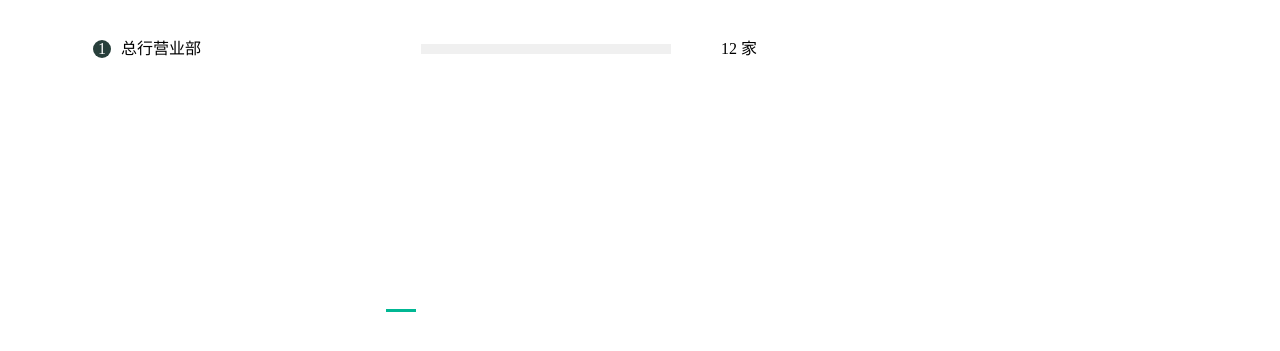
Repository: yshuf/Text_List_Roll
Page: left-to-right.html
An editor plug-in stored every save of this project. The page is shown before and after the next save, followed by the edit.
The browser window is 1280 px wide. The pictures show the whole page.
Some web libraries are served in a nearby version.

Above is the page before, as saved 2020-11-09 15:23:08.

### left-to-right.html
<!DOCTYPE html>
<html lang="en">

<head>
    <meta charset="UTF-8">
    <meta name="viewport" content="width=device-width, initial-scale=1.0">
    <title>Document</title>
    <script src="https://cdn.bootcdn.net/ajax/libs/jquery/2.1.4/jquery.js"></script>
    <style>
        .signalRankContent {
            width: 780px;
            height: 360px;
            position: relative;
            padding: 0 0 0 25px;
        }

        .signalRankContent .slide {
            position: relative;
            width: 100%;
            height: 310px;
            overflow: hidden;
        }

        .signalRankContent .slide #slide_box {
            position: absolute;
            left: -780px;
            height: 310px;
            width: 10000px;
            list-style-type: none;
            float: left;
        }

        .signalRankContent .slide #slide_box li {
            float: left;
            width: 780px;
        }

        .signalRankContent .slide #slide_box li .row {
            display: flex;
            align-items: center;
            width: 100%;
            height: 50px;
            line-height: 50px;
            margin: 0 0 0 20px;
        }

        .signalRankContent .slide #slide_box li .index {
            width: 18px;
            height: 18px;
            line-height: 18px;
            border-radius: 50%;
            background-color: rgba(40, 63, 59, 1);
            color: #fff;
            text-align: center;
            margin-right: 10px;
        }

        .signalRankContent .slide #slide_box li .nametxt {
            width: 300px;
            overflow: hidden;
            white-space: nowrap;
            text-overflow: ellipsis;
        }

        .modelPart .signalRankContent .slide #slide_box li .progressbar {
            width: 250px;
        }

        .signalRankContent .slide #slide_box li .progressbar .backgroundbar {
            position: relative;
            width: 250px;
            height: 10px;
            background-color: rgba(0, 0, 0, 0.06);
        }

        .signalRankContent .slide #slide_box .row:nth-child(odd) .progressbar .showbar {
            position: absolute;
            top: 0;
            display: inline-block;
            height: 10px;
            background-color: rgba(251, 193, 3, 1);
        }

        .signalRankContent .slide #slide_box .row:nth-child(even) .progressbar .showbar {
            position: absolute;
            top: 0;
            display: inline-block;
            height: 10px;
            background-color: rgba(0, 183, 147, 1);
        }

        .signalRankContent .slide #slide_box li .num {
            margin-left: 50px;
        }

        .signalRankContent #num {
            position: absolute;
            bottom: 40px;
            left: 50%;
            margin-left: -75px;
        }

        .signalRankContent #num li {
            list-style-type: none;
            background-color: #d8d8d8;
            float: left;
            width: 30px;
            height: 3px;
            margin: 10px 10px 0 10px;
            cursor: pointer;
        }

        .signalRankContent #num li:first-child {
            background-color: #00B793;
        }
    </style>
</head>

<body>
    <div class="signalRankContent">
        <div class="slide">
            <ul id="slide_box">
                <!-- 起始处为最后一页 -->
                <li>
                    <div class="row">
                        <div class="index">1</div>
                        <div class="nametxt">总行营业部</div>
                        <div class="progressbar">
                            <div class="backgroundbar">
                                <span class="showbar" ng-style="{'width':item.width+'%'}"></span>
                            </div>
                        </div>
                        <div class="num">
                            12 家
                        </div>
                    </div>
                    <div class="row">
                        <div class="index">1</div>
                        <div class="nametxt">总行营业部</div>
                        <div class="progressbar">
                            <div class="backgroundbar">
                                <span class="showbar" ng-style="{'width':item.width+'%'}"></span>
                            </div>
                        </div>
                        <div class="num">
                            12 家
                        </div>
                    </div>
                    <div class="row">
                        <div class="index">1</div>
                        <div class="nametxt">总行营业部</div>
                        <div class="progressbar">
                            <div class="backgroundbar">
                                <span class="showbar" ng-style="{'width':item.width+'%'}"></span>
                            </div>
                        </div>
                        <div class="num">
                            12 家
                        </div>
                    </div>
                    <div class="row">
                        <div class="index">1</div>
                        <div class="nametxt">总行营业部</div>
                        <div class="progressbar">
                            <div class="backgroundbar">
                                <span class="showbar" ng-style="{'width':item.width+'%'}"></span>
                            </div>
                        </div>
                        <div class="num">
                            12 家
                        </div>
                    </div>
                    <div class="row">
                        <div class="index">1</div>
                        <div class="nametxt">总行营业部</div>
                        <div class="progressbar">
                            <div class="backgroundbar">
                                <span class="showbar" ng-style="{'width':item.width+'%'}"></span>
                            </div>
                        </div>
                        <div class="num">
                            12 家
                        </div>
                    </div>
                </li>
                <li>
                    <div class="row">
                        <div class="index">1</div>
                        <div class="nametxt">总行营业部</div>
                        <div class="progressbar">
                            <div class="backgroundbar">
                                <span class="showbar" ng-style="{'width':item.width+'%'}"></span>
                            </div>
                        </div>
                        <div class="num">
                            12 家
                        </div>
                    </div>
                </li>
                <li>
                    <div class="row">
                        <div class="index">1</div>
                        <div class="nametxt">总行营业部</div>
                        <div class="progressbar">
                            <div class="backgroundbar">
                                <span class="showbar" ng-style="{'width':item.width+'%'}"></span>
                            </div>
                        </div>
                        <div class="num">
                            12 家
                        </div>
                    </div>
                </li>
                <li>
                    <div class="row">
                        <div class="index">1</div>
                        <div class="nametxt">总行营业部</div>
                        <div class="progressbar">
                            <div class="backgroundbar">
                                <span class="showbar" ng-style="{'width':item.width+'%'}"></span>
                            </div>
                        </div>
                        <div class="num">
                            12 家
                        </div>
                    </div>
                </li>
                <li>
                    <div class="row">
                        <div class="index">1</div>
                        <div class="nametxt">总行营业部</div>
                        <div class="progressbar">
                            <div class="backgroundbar">
                                <span class="showbar" ng-style="{'width':item.width+'%'}"></span>
                            </div>
                        </div>
                        <div class="num">
                            12 家
                        </div>
                    </div>
                </li>
                <li>
                    <div class="row">
                        <div class="index">1</div>
                        <div class="nametxt">总行营业部</div>
                        <div class="progressbar">
                            <div class="backgroundbar">
                                <span class="showbar" ng-style="{'width':item.width+'%'}"></span>
                            </div>
                        </div>
                        <div class="num">
                            12 家
                        </div>
                    </div>
                </li>
                <li>
                    <div class="row">
                        <div class="index">1</div>
                        <div class="nametxt">总行营业部</div>
                        <div class="progressbar">
                            <div class="backgroundbar">
                                <span class="showbar" ng-style="{'width':item.width+'%'}"></span>
                            </div>
                        </div>
                        <div class="num">
                            12 家
                        </div>
                    </div>
                </li>
            </ul>
        </div>
        <ul id="num">
            <li ng-repeat="item in config.RankListPage"></li>
        </ul>
    </div>
</body>

<script>
    //  [ {
    //   "type" : null,
    //   "typeName" : null,
    //   "entName" : null,
    //   "riskNum" : 6,
    //   "entNum" : null,
    //   "date" : null,
    //   "county" : null,
    //   "bankName" : null,
    //   "branchName" : "总行营业部",
    //   "totalNum" : null
    // }, {
    //   "type" : null,
    //   "typeName" : null,
    //   "entName" : null,
    //   "riskNum" : 0,
    //   "entNum" : null,
    //   "date" : null,
    //   "county" : null,
    //   "bankName" : null,
    //   "branchName" : "安吉支行",
    //   "totalNum" : null
    // }, {
    //   "type" : null,
    //   "typeName" : null,
    //   "entName" : null,
    //   "riskNum" : 0,
    //   "entNum" : null,
    //   "date" : null,
    //   "county" : null,
    //   "bankName" : null,
    //   "branchName" : "开发区支行",
    //   "totalNum" : null
    // }, {
    //   "type" : null,
    //   "typeName" : null,
    //   "entName" : null,
    //   "riskNum" : 0,
    //   "entNum" : null,
    //   "date" : null,
    //   "county" : null,
    //   "bankName" : null,
    //   "branchName" : "城北支行",
    //   "totalNum" : null
    // }, {
    //   "type" : null,
    //   "typeName" : null,
    //   "entName" : null,
    //   "riskNum" : 0,
    //   "entNum" : null,
    //   "date" : null,
    //   "county" : null,
    //   "bankName" : null,
    //   "branchName" : "德清支行",
    //   "totalNum" : null
    // }, {
    //   "type" : null,
    //   "typeName" : null,
    //   "entName" : null,
    //   "riskNum" : 0,
    //   "entNum" : null,
    //   "date" : null,
    //   "county" : null,
    //   "bankName" : null,
    //   "branchName" : "长兴支行",
    //   "totalNum" : null
    // }, {
    //   "type" : null,
    //   "typeName" : null,
    //   "entName" : null,
    //   "riskNum" : 0,
    //   "entNum" : null,
    //   "date" : null,
    //   "county" : null,
    //   "bankName" : null,
    //   "branchName" : "吴兴支行",
    //   "totalNum" : null
    // }, {
    //   "type" : null,
    //   "typeName" : null,
    //   "entName" : null,
    //   "riskNum" : 0,
    //   "entNum" : null,
    //   "date" : null,
    //   "county" : null,
    //   "bankName" : null,
    //   "branchName" : "城南支行",
    //   "totalNum" : null
    // }, {
    //   "type" : null,
    //   "typeName" : null,
    //   "entName" : null,
    //   "riskNum" : 0,
    //   "entNum" : null,
    //   "date" : null,
    //   "county" : null,
    //   "bankName" : null,
    //   "branchName" : "南浔支行",
    //   "totalNum" : null
    // }, {
    //   "type" : null,
    //   "typeName" : null,
    //   "entName" : null,
    //   "riskNum" : 0,
    //   "entNum" : null,
    //   "date" : null,
    //   "county" : null,
    //   "bankName" : null,
    //   "branchName" : "南园支行",
    //   "totalNum" : null
    // }, {
    //   "type" : null,
    //   "typeName" : null,
    //   "entName" : null,
    //   "riskNum" : 0,
    //   "entNum" : null,
    //   "date" : null,
    //   "county" : null,
    //   "bankName" : null,
    //   "branchName" : "菱湖支行",
    //   "totalNum" : null
    // } ]
    window.onload = function () {
        // 轮播图
        function getLunBoTu() {
            var number = 1; // 设置为全局变量
            initRadius();

            // 轮播图图片主体
            function startSlide() {
                dealRadius(number);
                if (number === Math.ceil($scope.config.RankList.length / 6)) {
                    number = 0;
                    $('#slide_box').css({ left: '0px' }); // 处理无缝衔接图
                    dealRadius(0); // 处理无缝衔接小圆点的跳转
                }
                number++;
                var imageLeft = -780 * number;
                $('#slide_box').animate({ left: imageLeft });
            }

            var timer = setInterval(startSlide, 5000);

            // 小圆点的轮播实现
            function dealRadius(num) {
                var lis = $('#num li');
                lis.eq(num).css('background-color', '#00B793');
                for (var i = 0; i < num; i++) {
                    lis.eq(i).css('background-color', '#d8d8d8');
                }
                for (var j = num + 1; j < 4; j++) {
                    lis.eq(j).css('background-color', '#d8d8d8');
                }
            }

            // 初始化小圆点
            function initRadius() {
                var lis = $('#num li');
                lis.eq(0).css('background-color', '#142952');
            }

            $('#num').on('click', 'li', function () {
                clearInterval(timer);
                var _number = $(this).index() + 1;
                number = _number;
                dealRadius(number - 1);
                var imageLeft = -780 * number;
                $('#slide_box').animate({ left: imageLeft });
                timer = setInterval(startSlide, 5000);
            });
        }

        // getLunBoTu();
    }
</script>

</html>

After the next save:
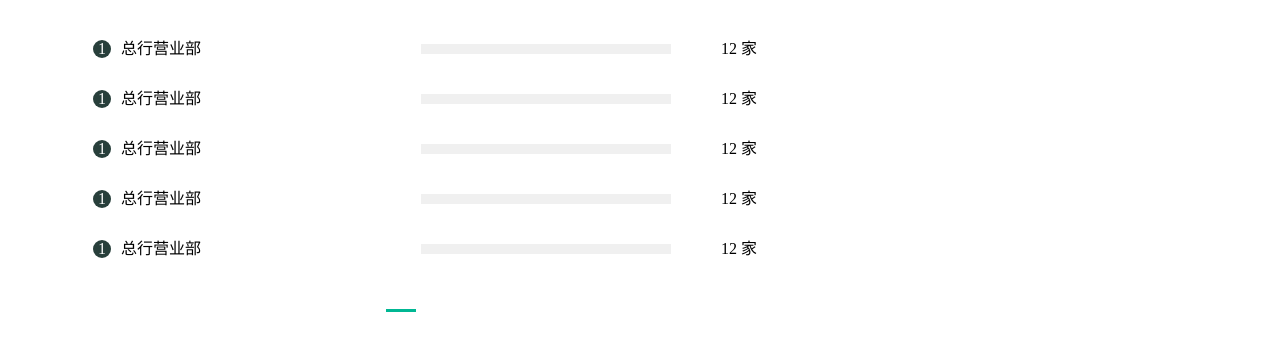
Saved 34 s later.
--- a/left-to-right.html
+++ b/left-to-right.html
@@ -184,6 +184,54 @@
                     </div>
                 </li>
                 <li>
+                    <div class="row">
+                        <div class="index">1</div>
+                        <div class="nametxt">总行营业部</div>
+                        <div class="progressbar">
+                            <div class="backgroundbar">
+                                <span class="showbar" ng-style="{'width':item.width+'%'}"></span>
+                            </div>
+                        </div>
+                        <div class="num">
+                            12 家
+                        </div>
+                    </div>
+                    <div class="row">
+                        <div class="index">1</div>
+                        <div class="nametxt">总行营业部</div>
+                        <div class="progressbar">
+                            <div class="backgroundbar">
+                                <span class="showbar" ng-style="{'width':item.width+'%'}"></span>
+                            </div>
+                        </div>
+                        <div class="num">
+                            12 家
+                        </div>
+                    </div>
+                    <div class="row">
+                        <div class="index">1</div>
+                        <div class="nametxt">总行营业部</div>
+                        <div class="progressbar">
+                            <div class="backgroundbar">
+                                <span class="showbar" ng-style="{'width':item.width+'%'}"></span>
+                            </div>
+                        </div>
+                        <div class="num">
+                            12 家
+                        </div>
+                    </div>
+                    <div class="row">
+                        <div class="index">1</div>
+                        <div class="nametxt">总行营业部</div>
+                        <div class="progressbar">
+                            <div class="backgroundbar">
+                                <span class="showbar" ng-style="{'width':item.width+'%'}"></span>
+                            </div>
+                        </div>
+                        <div class="num">
+                            12 家
+                        </div>
+                    </div>
                     <div class="row">
                         <div class="index">1</div>
                         <div class="nametxt">总行营业部</div>
